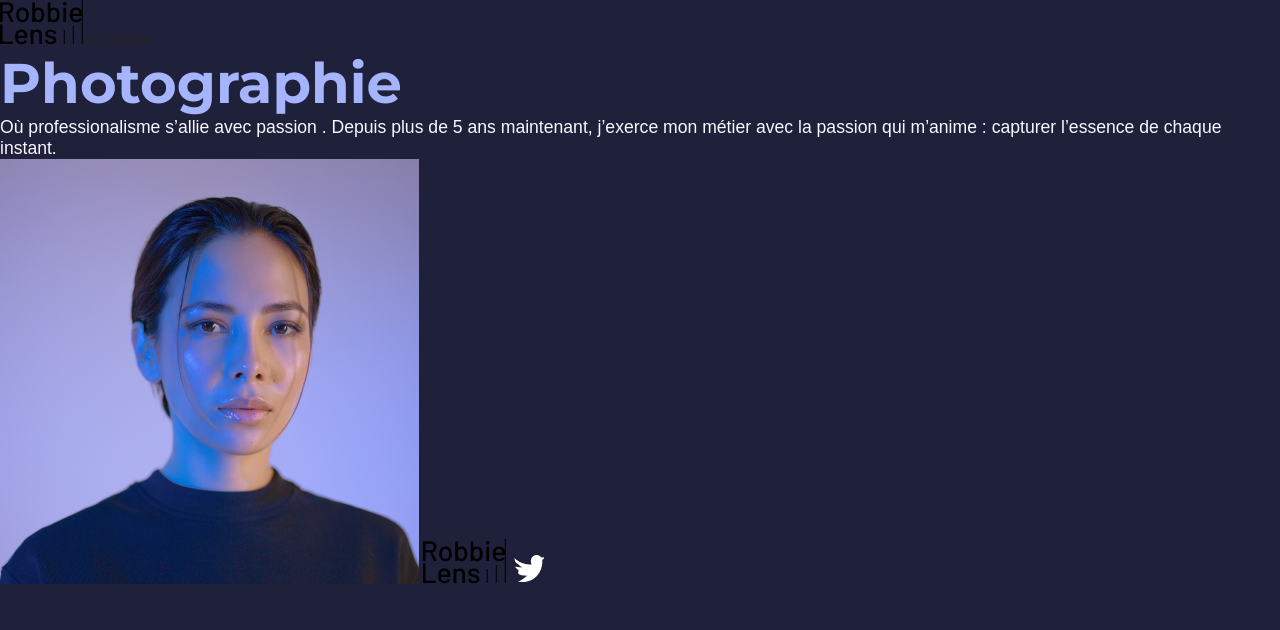
Repository: Coumba25040/coumbaProjet
Page: ExerciceOc/index.html
These files come from the project's save history. The page is drawn as it stood at one moment and after the next save; the edit follows.
The browser window is 1280 px wide. The pictures show the whole page.

Above is the page before, as saved 2024-10-26 18:12:48.

### ExerciceOc/index.html
<!DOCTYPE html>
<html lang="fr">

<head>
    <meta charset="utf-8">
    <title>Accueil - Robbie Lens Photographie</title>
    <link rel="stylesheet" href="style.css">
    <link rel="preconnect" href="https://fonts.googleapis.com">
<link rel="preconnect" href="https://fonts.gstatic.com" crossorigin>
<link href="https://fonts.googleapis.com/css2?family=Montserrat:ital,wght@0,100..900;1,100..900&display=swap" rel="stylesheet">
</head>

<body>
    <div>
        <img src="images/logo.png" alt="Logo Robbie Lens">
        <a href="a-propos.html">À propos</a>
    </div>
    <h1>Photographie</h1>
    <p>
        Où <span class="important"> professionalisme </span> s’allie avec <span class="important"> passion </span>. Depuis plus de 5
        ans maintenant, j’exerce mon métier avec la passion
        qui m’anime : capturer l’essence de chaque instant.
    </p>
    <div>
        <img src="images/robbie-lens.png" alt="Portrait de la photographe Robbie Lens">
        <img src="images/logo.png" alt="Logo Robbie Lens">
        <a target="_blank" href="https://twitter.com/">
            <img src="images/twitter.png" alt="Logo Twitter">
        </a>
        <a target="_blank" href="https://www.instagram.com/">
            <img src="images/instagram.png" alt="Logo Instagram">
        </a>
    </div>
</body>

</html>

### ExerciceOc/style.css
* {
    margin: 0;
  }

  body {
    font-family: 'Manrope', sans-serif;
    font-size: 1em;
    background-color: #1f2039;
  }

  a {
    color: #242424;
    text-decoration: none;
  }

  em {
    color: #a5b4fc;
    font-style: normal;
  }

  h1 {
    font-size: 3.5em;
    color: #a5b4fc;
    font-family: 'Montserrat', sans-serif;
  }

  h2 {
    color: #f9f8ff;
  }

  p,
  li {
    font-size: 1.1em;
    color: #f9f8ff;
  }

  header,
  footer {
    background-color: white;
    padding: 20px 50px;
  }

  .cta {
    background: linear-gradient(#8e86b5, #acaeed);
    color: white;
    border-radius: 50px;
    padding: 20px 30px;
  }

  a:hover {
    text-decoration: underline;
  }

  .cta:hover {
    background: linear-gradient(#696484, #8788ba);
    text-decoration: none;
  }

  .lien-icone:hover {
    opacity: 0.5;
  }

  .carre-contenu {
    border-right: 1px solid #8e86b5;
    border-bottom: 1px solid #8e86b5;
    padding: 50px;
  }

  .carre-contenu h2 {
    margin-top: 30px;
  }

  .carre-contenu ul {
    margin-top: 30px;
  }

  section {
    padding: 80px;
  }

  .a-propos-main {
    width: 50%;
    margin: auto;
  }

After the next save:
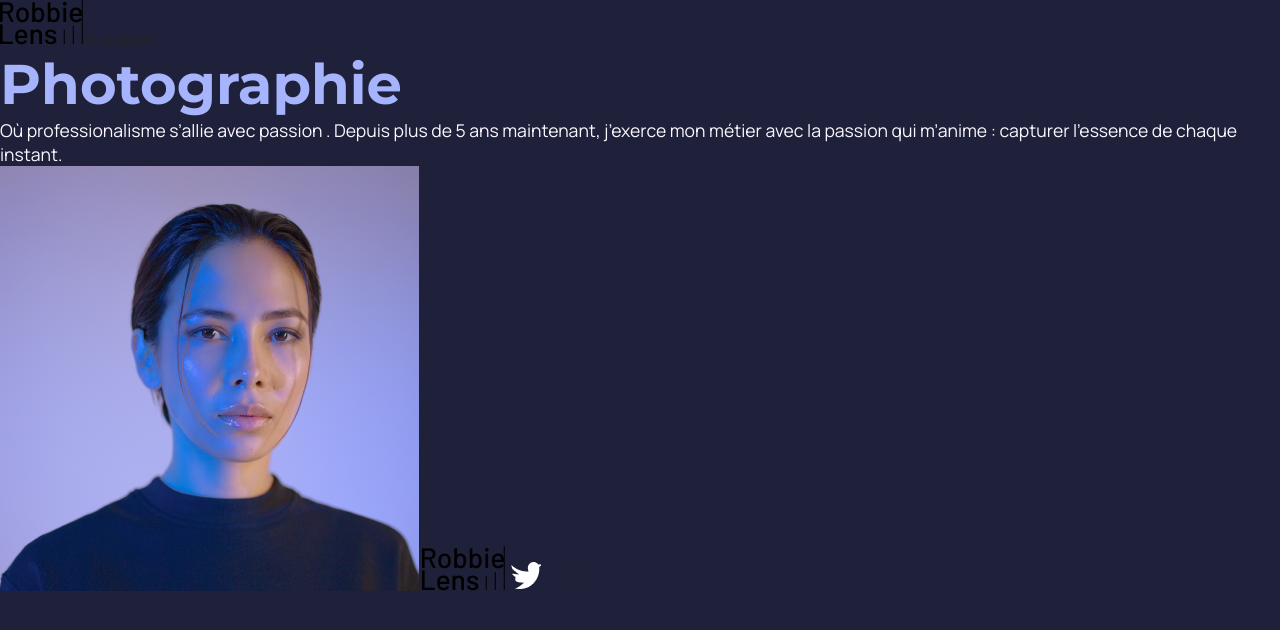
Saved 8 min 6 s later.
--- a/ExerciceOc/index.html
+++ b/ExerciceOc/index.html
@@ -8,6 +8,9 @@
     <link rel="preconnect" href="https://fonts.googleapis.com">
 <link rel="preconnect" href="https://fonts.gstatic.com" crossorigin>
 <link href="https://fonts.googleapis.com/css2?family=Montserrat:ital,wght@0,100..900;1,100..900&display=swap" rel="stylesheet">
+<link rel="preconnect" href="https://fonts.googleapis.com">
+<link rel="preconnect" href="https://fonts.gstatic.com" crossorigin>
+<link href="https://fonts.googleapis.com/css2?family=Manrope:wght@200..800&family=Montserrat:ital,wght@0,100..900;1,100..900&display=swap" rel="stylesheet">
 </head>
 
 <body>
